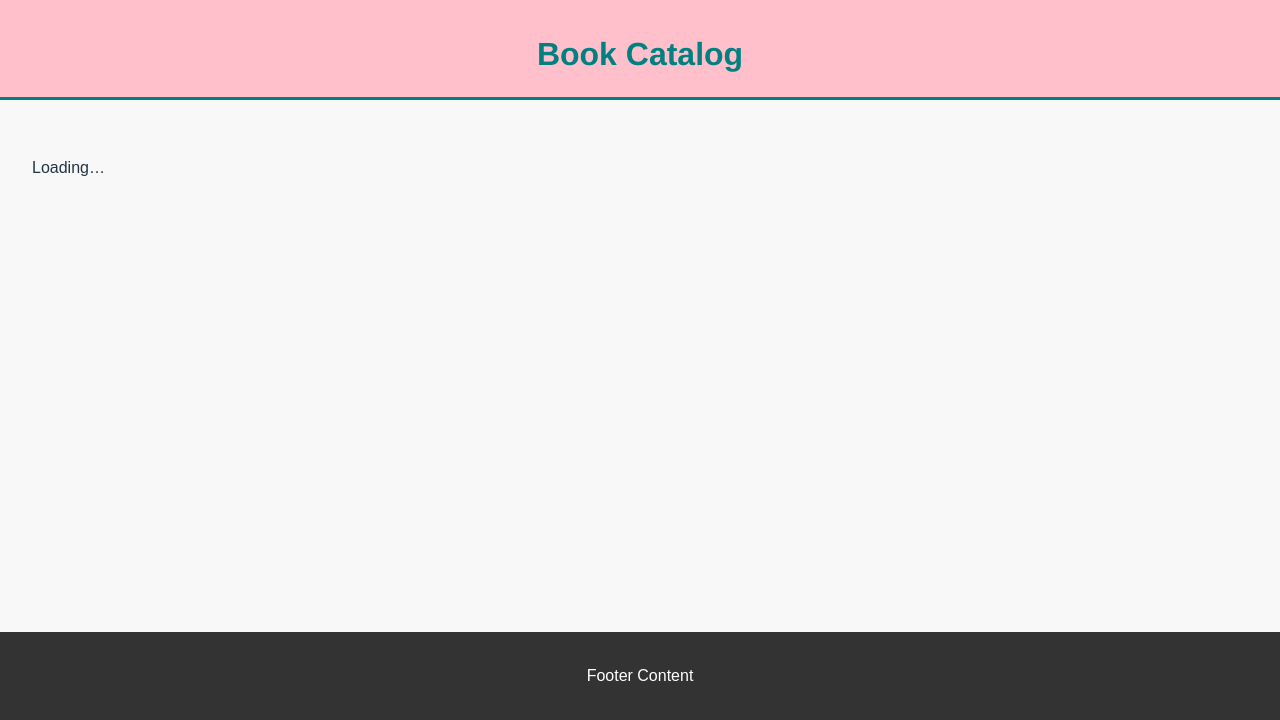
Repository: primcharlin/COMP3170_Lab_Assignment_Components
Page: /
The author's editor kept a copy of each file at every save. The page is drawn from the files as they stood at one save, then again after the next save.
The browser window is 1280 px wide. The pictures show the whole page.
The page's requests for data from a server got no answer. The project was rebuilt for these pictures with package versions that can differ from the ones it lists, and the page was loaded fresh each time. No one was signed in, and anything a server would have sent is missing. Also part of the build but not shown: vite.config.js.

Above is the page before, as saved 2025-09-12 03:18:45.

After the next save:
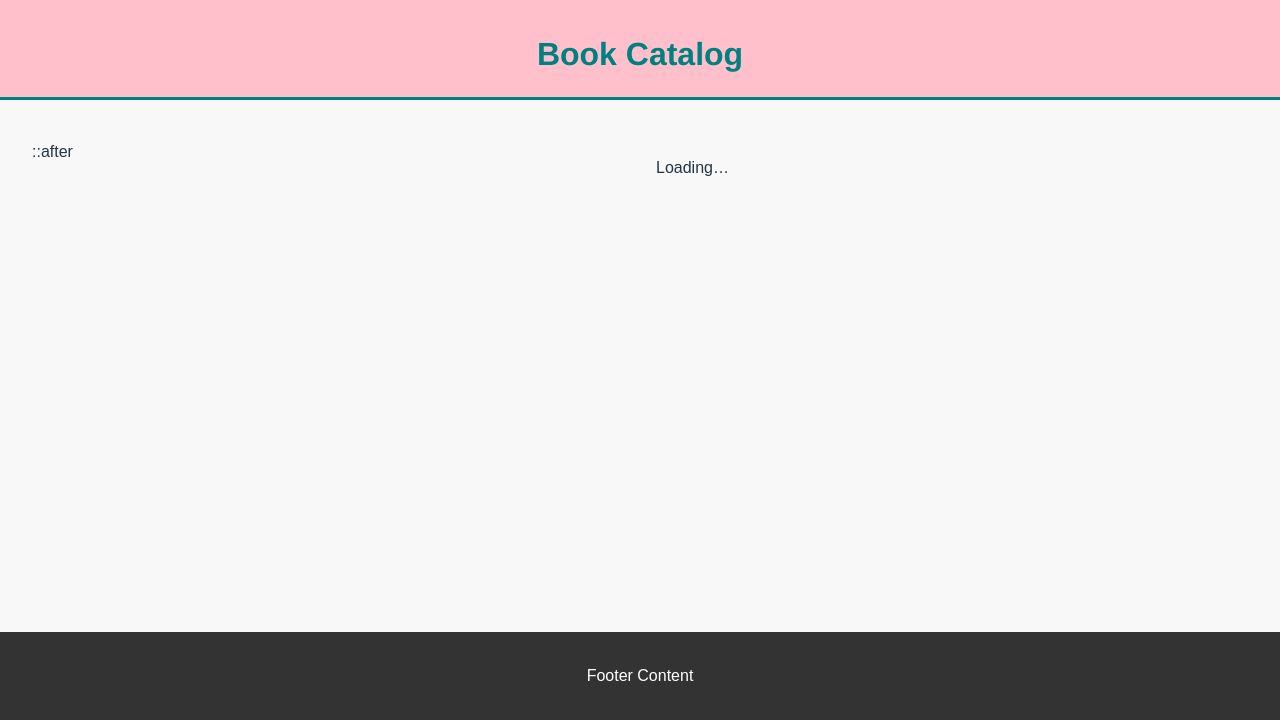
Saved 3 min 1 s later.
--- a/src/App.jsx
+++ b/src/App.jsx
@@ -56,6 +56,8 @@ export default function App() {
             </header>
 
             <div className='content'>
+                <div className='btn-plus'>::after</div>
+
                 {books.length === 0 ? (
                     <p>Loading…</p>
                 ) : (
